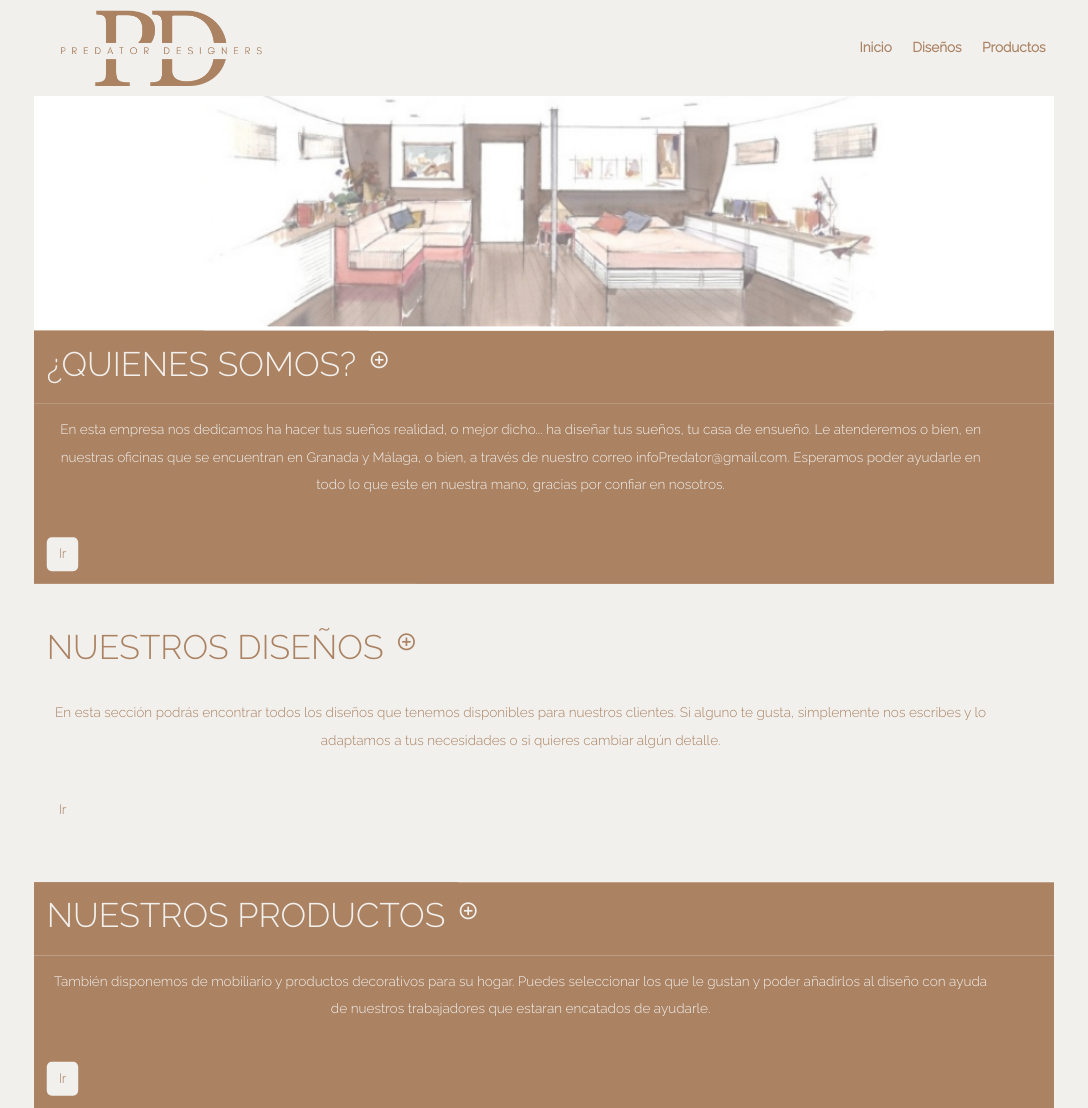
Repository: OmarDvd/proyectoDisenoInterior
Page: index.html
The author's editor kept a record of every edit. The page is drawn from the files as they stood at one moment, then again after the next edit.
The browser window is 1280 px wide. The pictures show the whole page, at 85% of full size.

Above is the page before.

After the next edit:
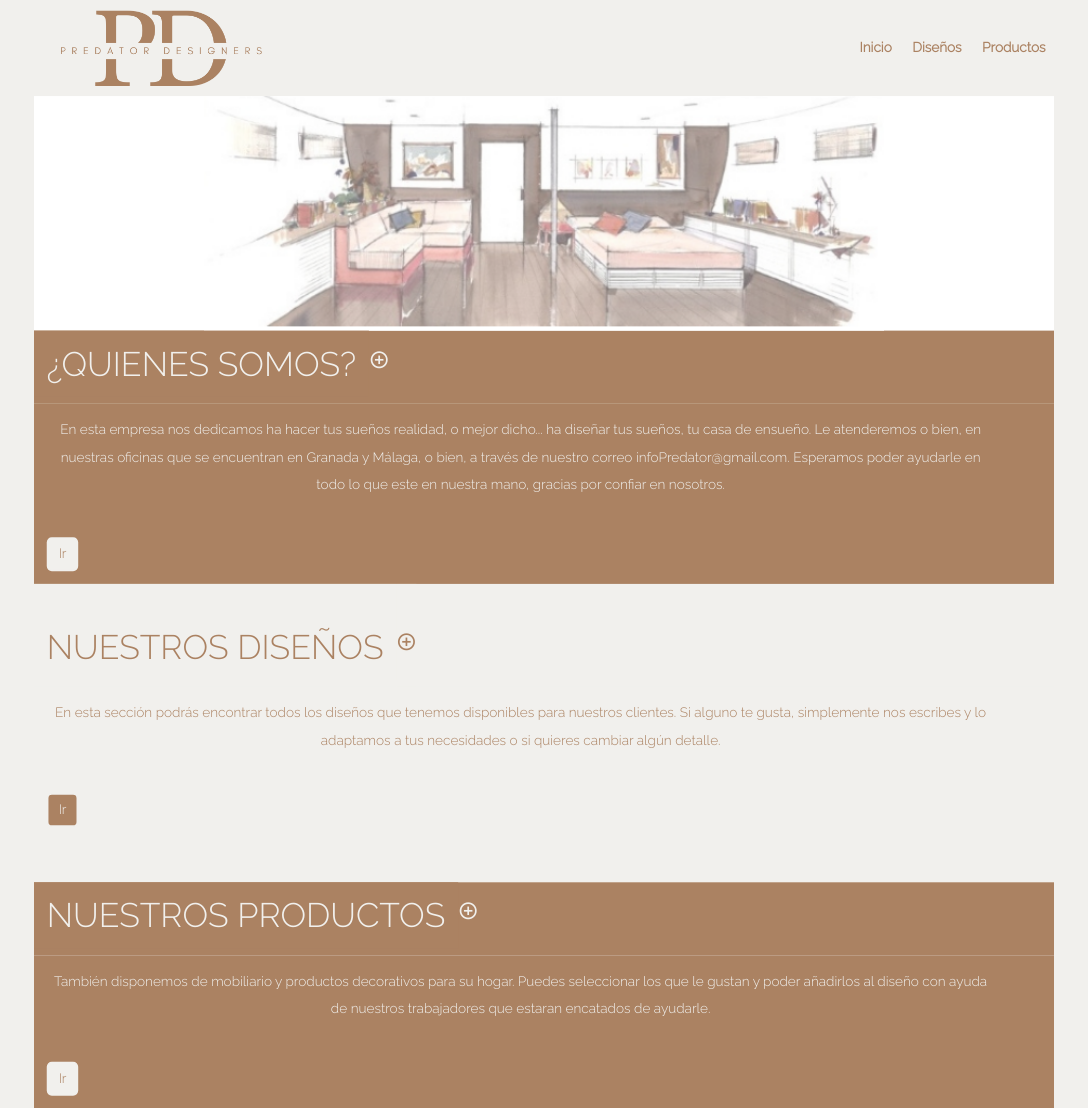
The edit:
--- a/index.html
+++ b/index.html
@@ -56,7 +56,7 @@
                         <p id="text2">
                             En esta sección podrás encontrar todos los diseños que tenemos disponibles para nuestros clientes. Si alguno te gusta, simplemente nos escribes y lo adaptamos a tus necesidades o si quieres cambiar algún detalle.
                         </p>
-                         <button type="button" class="btn btn-primary" style="background-color: #F1F0ED; color: #AB8262; font-family: 'Raleway', sans-serif;border: 2px solid #F1F0ED; margin: 15px;">Ir</button>
+                         <button type="button" class="btn btn-primary" style="background-color: #AB8262; color: #F1F0ED; font-family: 'Raleway', sans-serif;border: 2px solid #F1F0ED; margin: 15px;">Ir</button>
                     </div>
                 </div>
 
